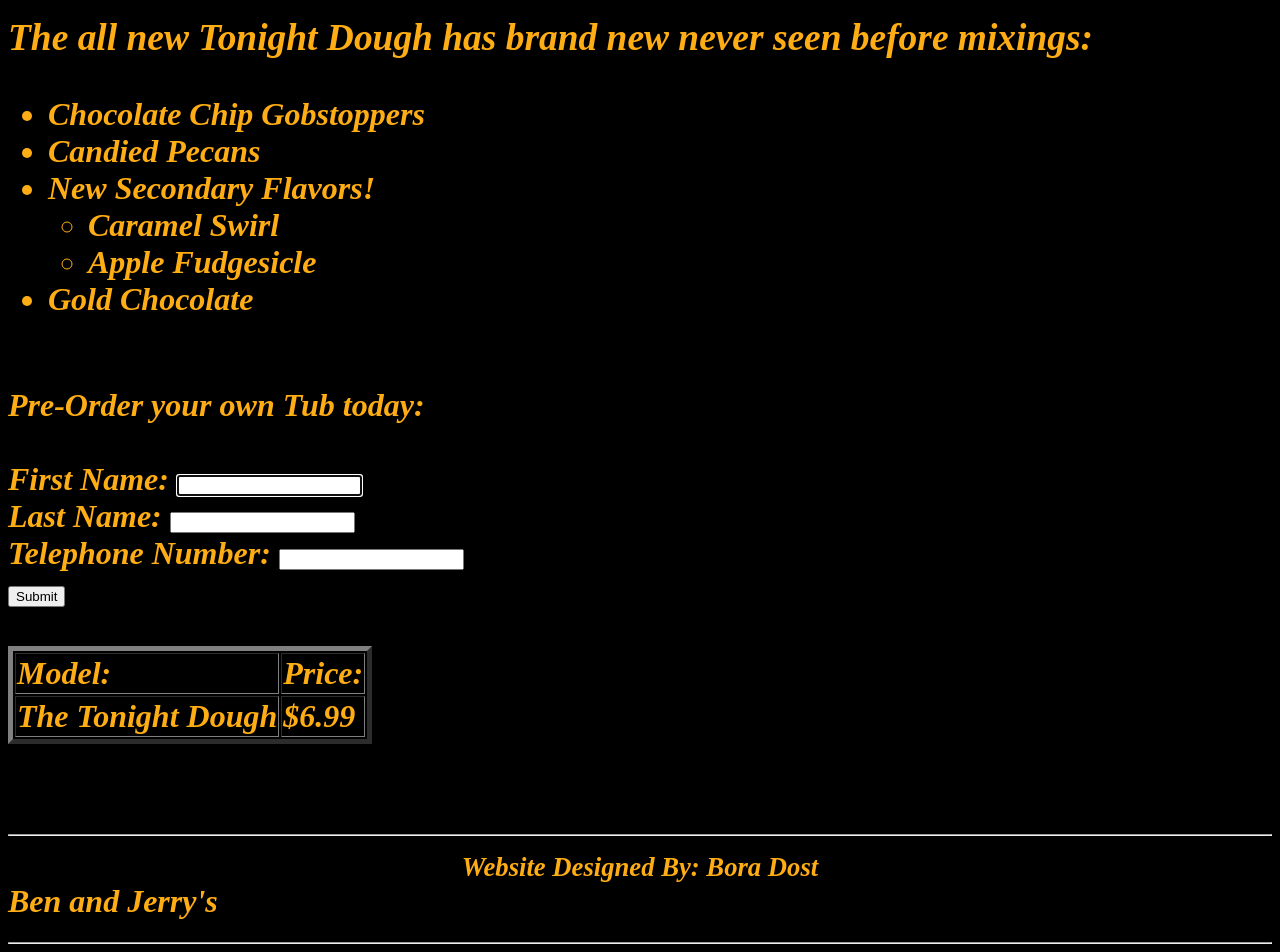
Repository: Bora1204/BoraDost-Website
Page: lab1/index.html
The author's editor kept a record of every edit. The page is drawn from the files as they stood at one moment, then again after the next edit.
The browser window is 1280 px wide. The pictures show the part of the page from y = 690 to 1642 px (the page is 1642 px tall before and 1595 px after).

Above is the page before.

After the next edit:
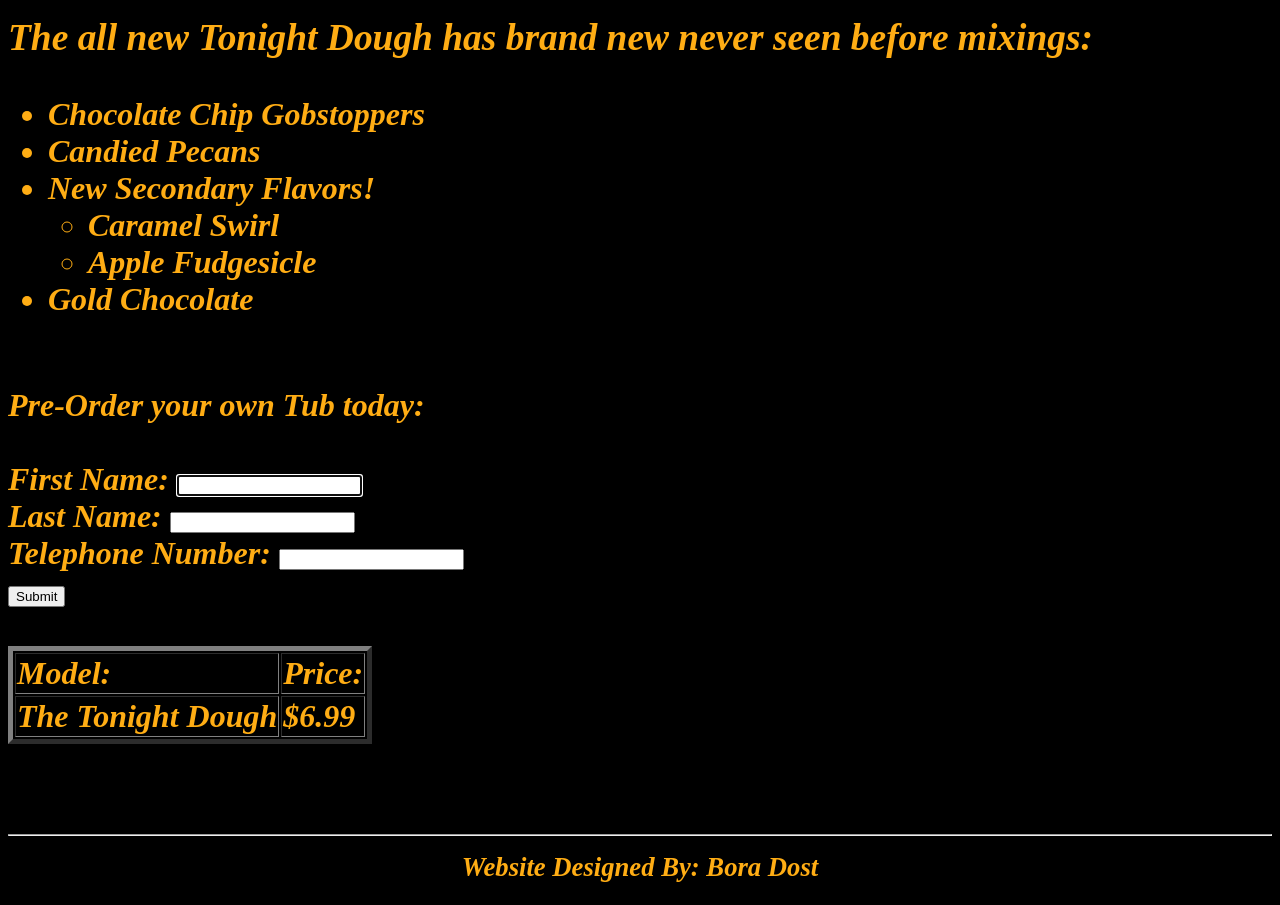
The edit:
--- a/lab1/index.html
+++ b/lab1/index.html
@@ -77,10 +77,6 @@
 </footer>
 </body>
 </html>
-            <i>
-            Ben and Jerry's
-            <i/>
         </h1>
-        <hr/>
     </body>
 </html>
